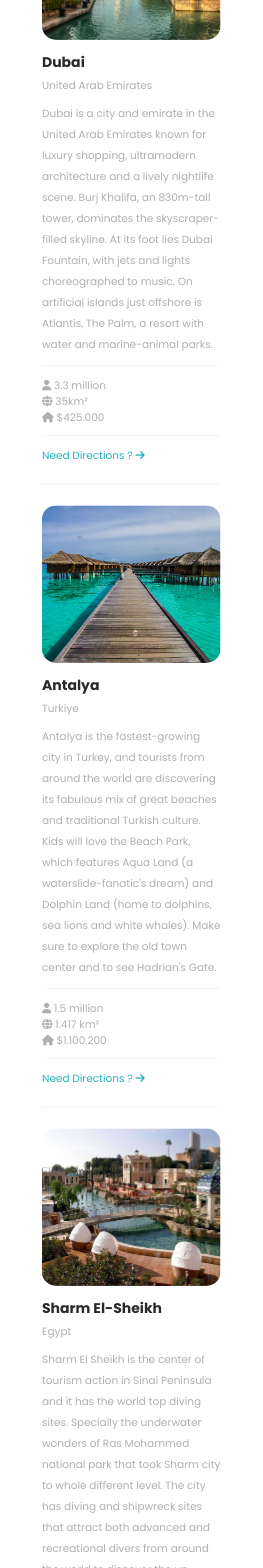
Repository: asadbekdev07/asadbekdev-zamontour-react
Page: /
These files come from the project's save history. The page is drawn as it stood at one moment and after the next save; the edit follows.
The browser window is 375 px wide. The pictures show the part of the page from y = 4260 to 6500 px (the page is 7661 px tall before and 7601 px after), at 70% of full size.
The project was rebuilt for these pictures with package versions that can differ from the ones it lists, and the page was loaded fresh each time. Also part of the build but not shown: vite.config.js.

Above is the page before, as saved 2024-05-26 20:21:43.

After the next save:
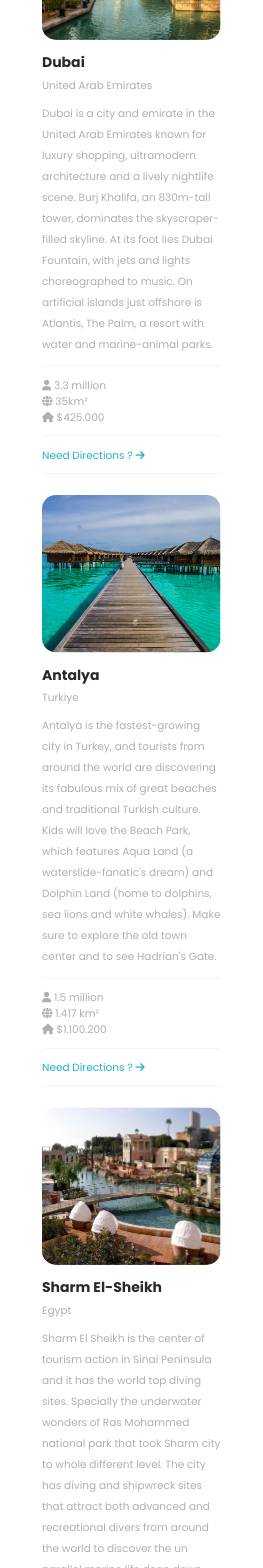
Saved 16 s later.
--- a/src/assets/styles/index.css
+++ b/src/assets/styles/index.css
@@ -1005,6 +1005,7 @@ select:-webkit-autofill:focus {
   }
   .visit__item {
     flex-direction: column;
+    padding-bottom: 15px;
   }
   .visit__img {
     width: 100%;
